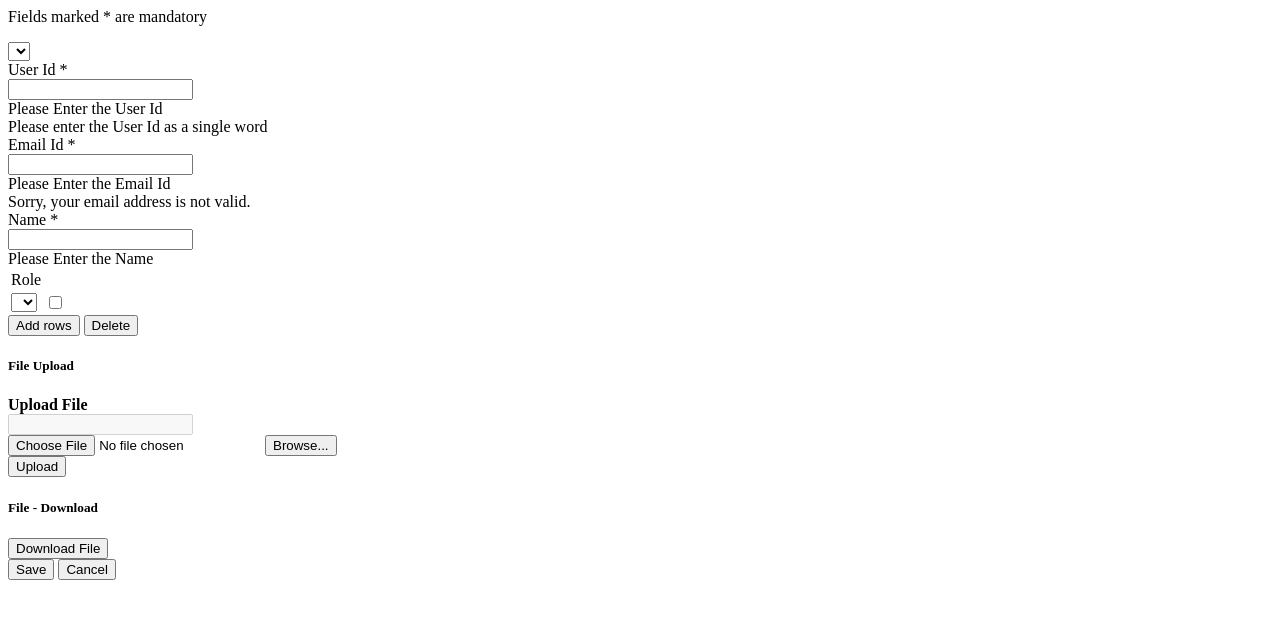
Repository: yangmiemie2017/local.backup
Page: Starter/NewApplication/src/main/resources/static/Scripts/spa/administration/manage-users-details.html
The author's editor kept a copy of each file at every save. The page is drawn from the files as they stood at one save, then again after the next save.
The browser window is 1280 px wide. The pictures show the whole page.

Above is the page before, as saved 2018-06-29 08:08:53.

After the next save:
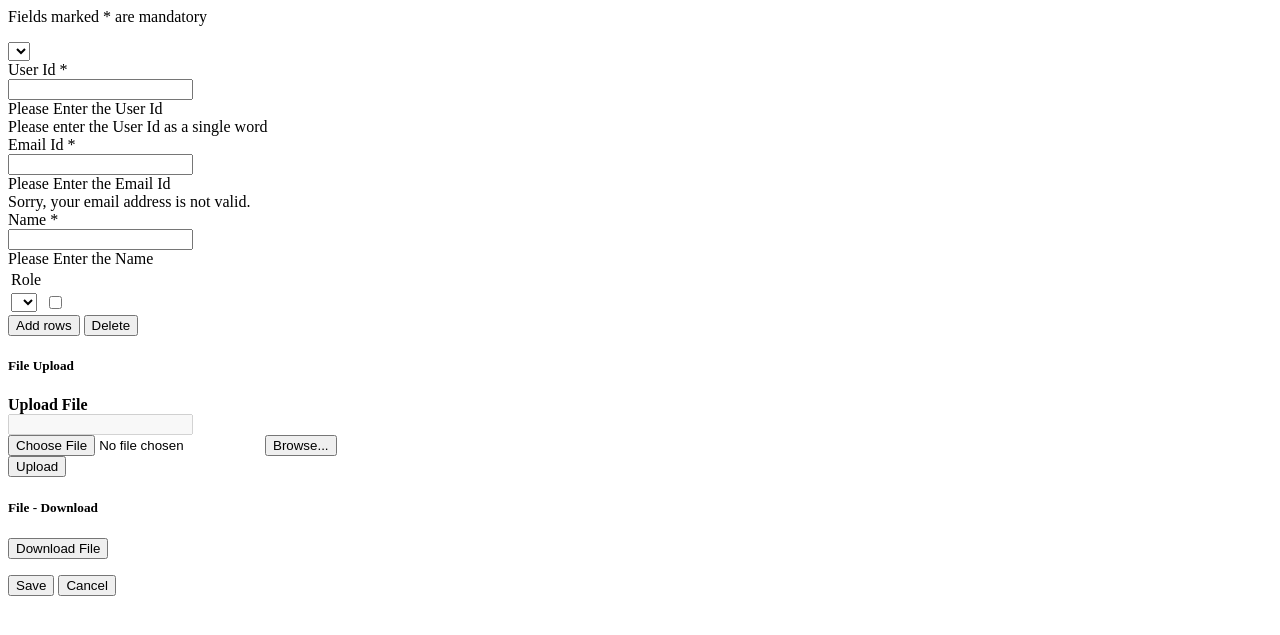
Saved 36 s later.
--- a/Starter/NewApplication/src/main/resources/static/Scripts/spa/administration/manage-users-details.html
+++ b/Starter/NewApplication/src/main/resources/static/Scripts/spa/administration/manage-users-details.html
@@ -110,7 +110,7 @@
 				<div class="divide"></div>
 
 				<div>
-<!-- 					<form name="pUploadForm" class="form-horizontal" novalidate> -->
+					<form name="fUploadForm" class="form-horizontal" novalidate>
 						<div class="row">
 							<div class="col-lg-4 col-md-4 col-sm-4 col-xs-11">
 								<div class="add-margin">
@@ -140,11 +140,11 @@
 								<button type="submit" class="btn btn-info smallBtn" ng-click="manageUsers.uploadFile()" ng-disabled="manageUsers.isUploading">Upload</button>
 							</div>
 						</div>
-<!-- 					</form> -->
+					</form>
 				</div>
 
 				<div>
-				<!--     <form name="pDownloadForm" class="form-horizontal" novalidate> -->
+				    <form name="fDownloadForm" class="form-horizontal" novalidate>
 				        <div ng-show="manageUsers.loadCompleted == true">
 				            <div class="row">
 				                <div class="col-lg-4 col-md-4 col-sm-4 col-xs-11">
@@ -161,7 +161,7 @@
 				                <input type="button" value="Download File" ng-click="manageUsers.download()" ng-disabled="manageUsers.isDownloading" class="btn btn-info" />
 				            </div>
 				        </div>
-				<!--     </form> -->
+				    </form>
 				</div>
 
 			</div>
